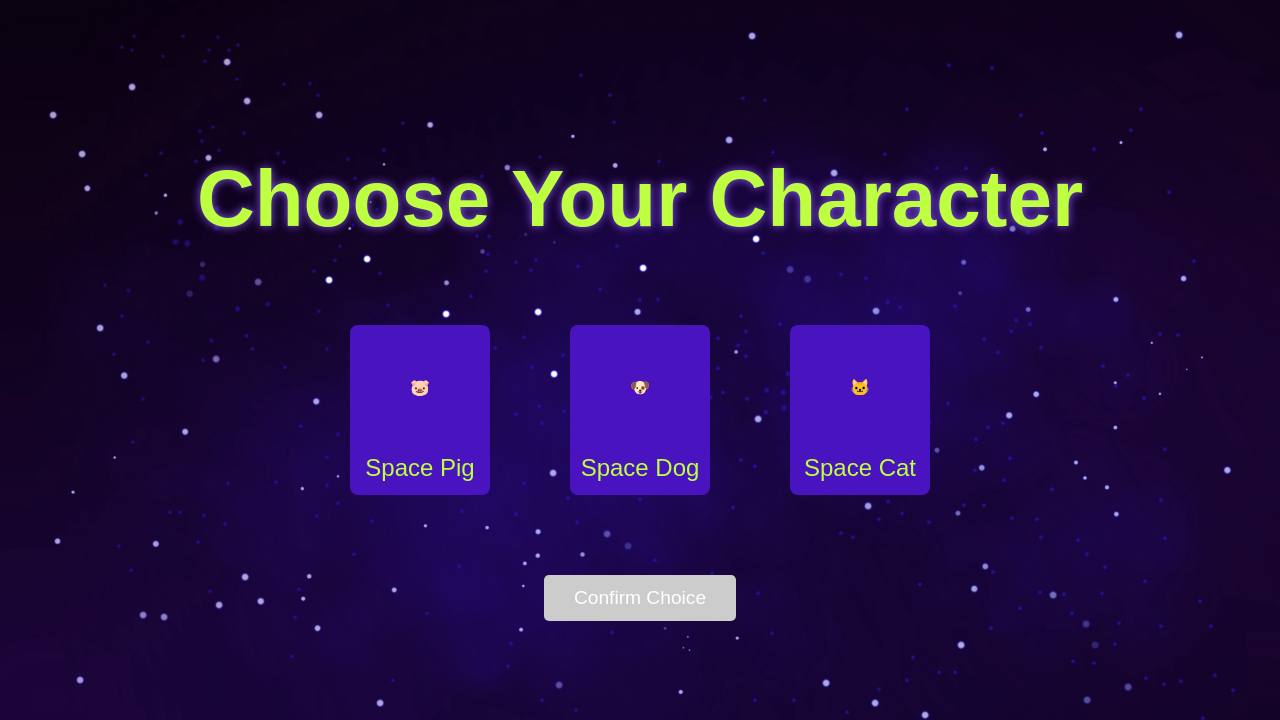
Repository: brunaguarizo/SpaceFarm
Page: index.html
These files come from the project's save history. The page is drawn as it stood at one moment and after the next save; the edit follows.
The browser window is 1280 px wide. The pictures show the whole page.
Some web fonts or font styles are not loaded; a fallback is used.

Above is the page before, as saved 2025-04-24 11:21:51.

After the next save:
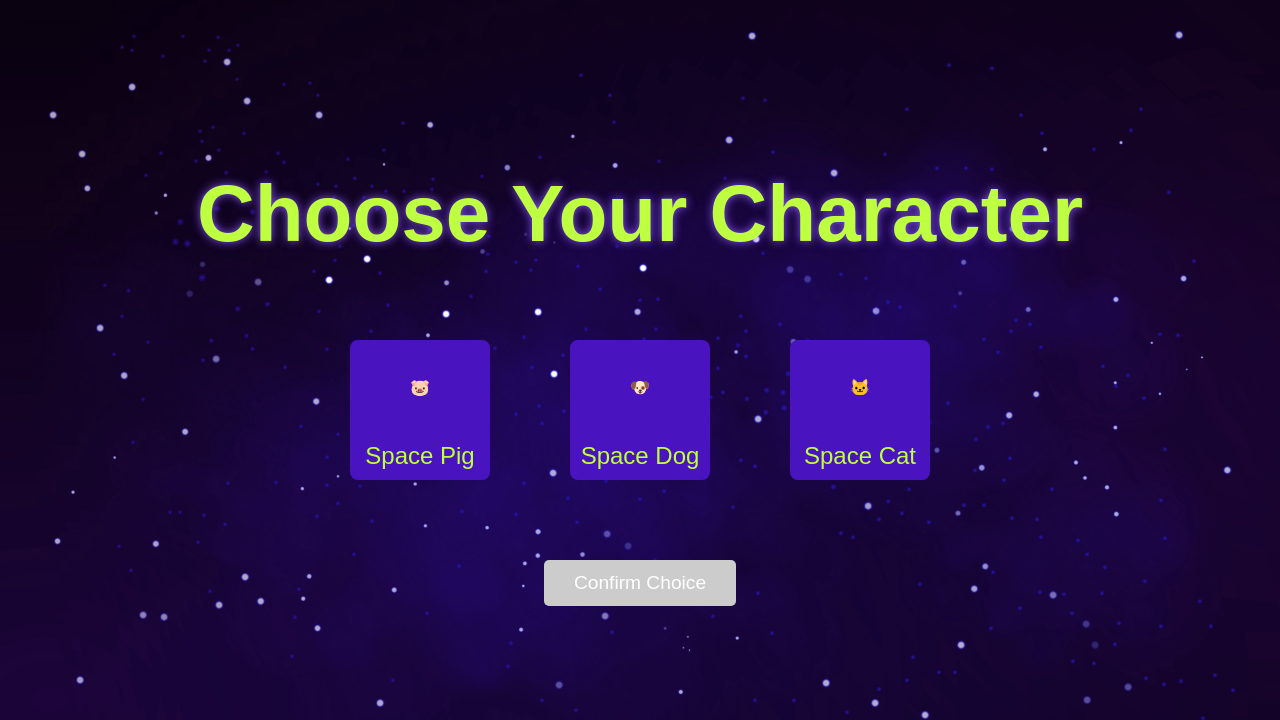
Saved 4 s later.
--- a/styles.css
+++ b/styles.css
@@ -42,7 +42,7 @@ body {
 
 .character-option {
     width: var(--space-huge);
-    height: 150px;
+    height: var(--space-huge);
     background-color: var(--dark-purple);
     border-radius: var(--space-small);
     display: flex;
